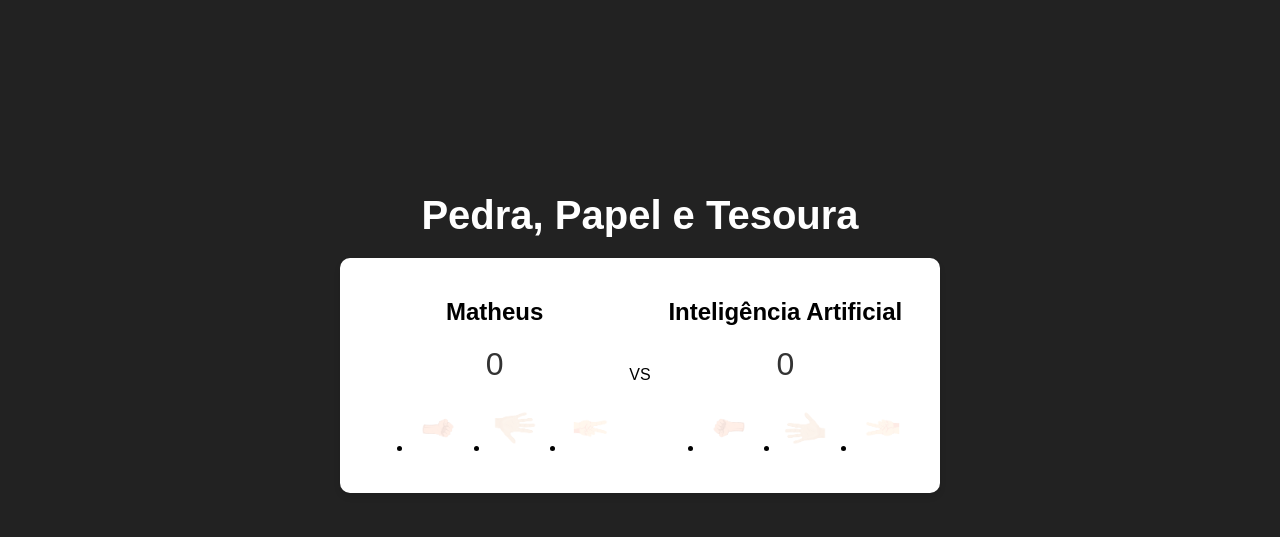
Repository: Matheus904-12/Pedra-Papel
Page: index.html
These files come from the project's save history. The page is drawn as it stood at one moment and after the next save; the edit follows.
The browser window is 1280 px wide. The pictures show the whole page.

Above is the page before, as saved 2023-08-28 21:34:05.

After the next save:
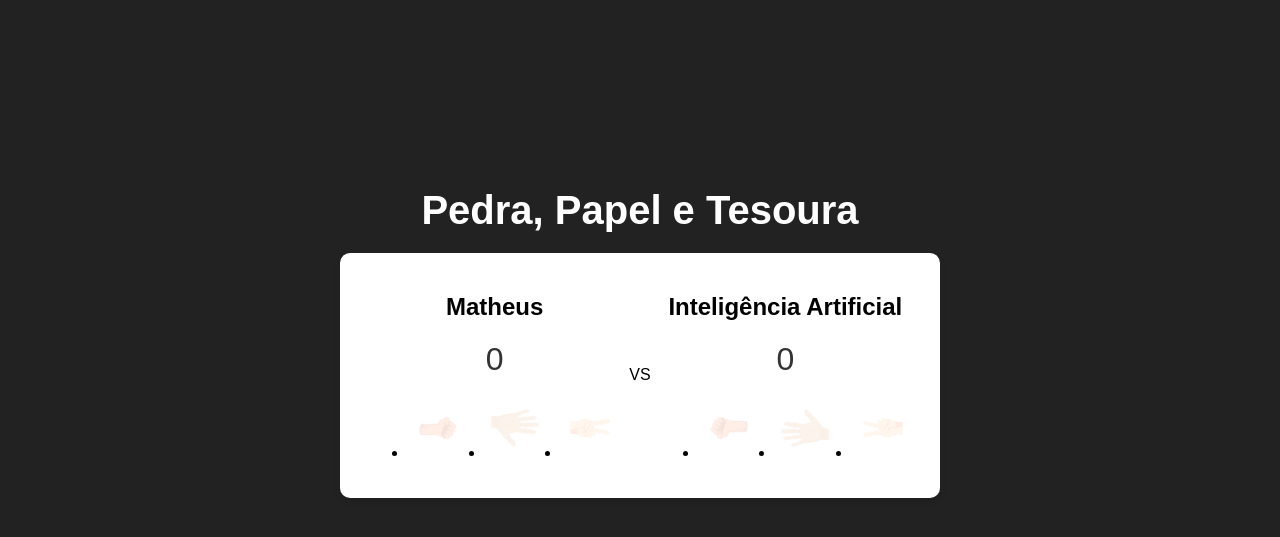
Saved 10 min 40 s later.
--- a/style.css
+++ b/style.css
@@ -70,7 +70,7 @@ body {
 }
 
 .escolhas img {
-    max-width: 50px;
+    max-width: 60px;
     cursor: pointer;
     transition: transform 0.3s ease;
 }
